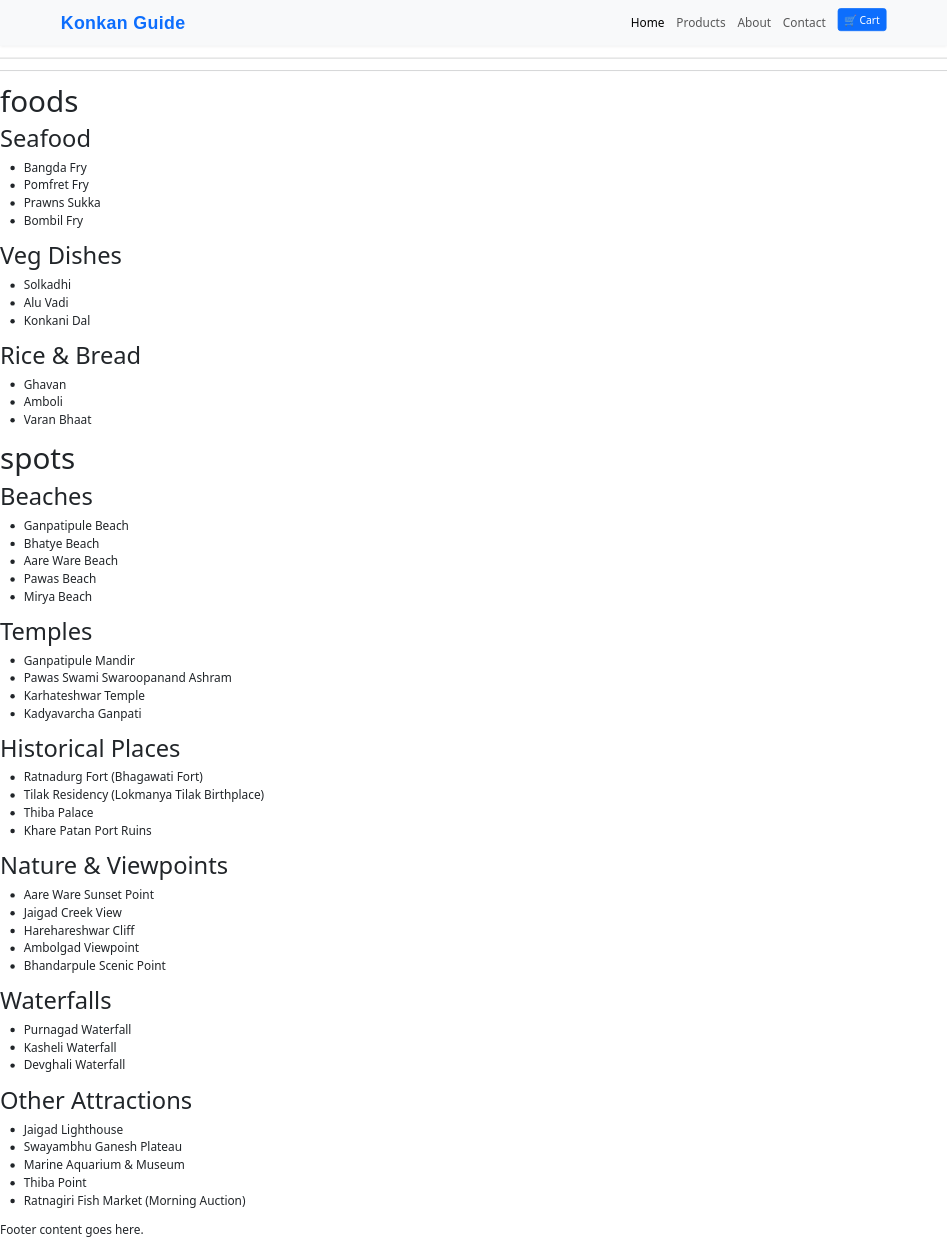
Repository: Indranil-sawant/konkan
Page: http://localhost/
The author's editor kept a copy of each file at every save. The page is drawn from the files as they stood at one save, then again after the next save.
The browser window is 1280 px wide. The pictures show the whole page, at 74% of full size.
The page is served by the project's application, run on Django 5.2 (manage.py). Other server files are loaded and not shown.

Above is the page before, as saved 2025-11-13 14:00:45.

### food/templates/food/index.html
{% extends "base.html" %}


<!DOCTYPE html>
<!--[if lt IE 7]>      <html class="no-js lt-ie9 lt-ie8 lt-ie7"> <![endif]-->
<!--[if IE 7]>         <html class="no-js lt-ie9 lt-ie8"> <![endif]-->
<!--[if IE 8]>         <html class="no-js lt-ie9"> <![endif]-->
<!--[if gt IE 8]>      <html class="no-js"> <!--<![endif]-->
<html>
    <head>
        <meta charset="utf-8">
        <meta http-equiv="X-UA-Compatible" content="IE=edge">
        <title>index </title>
        <meta name="description" content="">
        <meta name="viewport" content="width=device-width, initial-scale=1">
        <link rel="stylesheet" href="">
    </head>
    <body>

{% block content %}
         <h1>foods</h1>
         {% for category, items in foods.items %}
        <h2>{{ category }}</h2>
        <ul>
            {% for item in items %}
                <li>{{ item }}</li>
            {% endfor %}
        </ul>
    {% endfor %}
    <h1>spots</h1>
    {% for category1, items1 in spots.items %}
        <h2>{{ category1 }}</h2>
        <ul>
            {% for item in items1 %}
                <li>{{ item }}</li>
            {% endfor %}
        </ul>
    {% endfor %}

{% endblock content %}



        <script src="" async defer></script>
    </body>
</html>

### templates/base.html
<!DOCTYPE html>
<!--[if lt IE 7]>      <html class="no-js lt-ie9 lt-ie8 lt-ie7"> <![endif]-->
<!--[if IE 7]>         <html class="no-js lt-ie9 lt-ie8"> <![endif]-->
<!--[if IE 8]>         <html class="no-js lt-ie9"> <![endif]-->
<!--[if gt IE 8]>      <html class="no-js"> <!--<![endif]-->
<html>
    <head>
        <meta charset="utf-8">
        <meta http-equiv="X-UA-Compatible" content="IE=edge">
        <title></title>
        <meta name="description" content="">
        <meta name="viewport" content="width=device-width, initial-scale=1">
        <link rel="stylesheet" href="">
    </head>
    <body>
       {% include "navbar.html" %}

        {% block content %}

       {% endblock content %}

    </body>


    <footer>
        <p>Footer content goes here.</p>
    </footer>
</html>

### templates/navbar.html
<link href="https://cdn.jsdelivr.net/npm/bootstrap@5.3.3/dist/css/bootstrap.min.css" rel="stylesheet">
<script src="https://cdn.jsdelivr.net/npm/bootstrap@5.3.3/dist/js/bootstrap.bundle.min.js"></script>


<!-- Navbar Start -->
<!-- Navbar Start -->
<nav class="navbar navbar-expand-lg navbar-light bg-light shadow-sm">
  <div class="container">
    <!-- Brand -->
    <a class="navbar-brand fw-bold text-primary" href="#">
      Konkan Guide
    </a>

    <!-- Mobile toggle -->
    <button class="navbar-toggler" type="button" data-bs-toggle="collapse" data-bs-target="#navbarNav"
      aria-controls="navbarNav" aria-expanded="false" aria-label="Toggle navigation">
      <span class="navbar-toggler-icon"></span>
    </button>

    <!-- Nav links -->
    <div class="collapse navbar-collapse justify-content-end" id="navbarNav">
      <ul class="navbar-nav mb-2 mb-lg-0">
        <li class="nav-item">
          <a class="nav-link active" href="#">Home</a>
        </li>
        <li class="nav-item">
          <a class="nav-link" href="#">Products</a>
        </li>
        <li class="nav-item">
          <a class="nav-link" href="#">About</a>
        </li>
        <li class="nav-item">
          <a class="nav-link" href="#">Contact</a>
        </li>
        <li class="nav-item">
          <a class="btn btn-primary btn-sm ms-2" href="#">🛒 Cart</a>
        </li>
      </ul>
    </div>
  </div>
</nav>
<!-- Navbar End -->

<!-- Navbar End -->
<hr>
<hr>

<style>
    .navbar-brand {
  font-family: 'Poppins', sans-serif;
  font-size: 1.5rem;
  letter-spacing: 0.5px;
}

.nav-link {
  font-weight: 500;
  transition: color 0.3s;
}

.nav-link:hover,
.nav-link.active {
  color: #007bff;
}
</style>

### food/views.py
from django.shortcuts import render
from django.http import HttpResponse
# Create your views here.


def home(request):
    foods = {
        "Seafood": [
            "Bangda Fry",
            "Pomfret Fry",
            "Prawns Sukka",
            "Bombil Fry",
        ],
        "Veg Dishes": [
            "Solkadhi",
            "Alu Vadi",
            "Konkani Dal",
        ],
        "Rice & Bread": [
            "Ghavan",
            "Amboli",
            "Varan Bhaat",
        ],
    }

    spots = {
    "Beaches": [
        "Ganpatipule Beach",
        "Bhatye Beach",
        "Aare Ware Beach",
        "Pawas Beach",
        "Mirya Beach"
    ],

    "Temples": [
        "Ganpatipule Mandir",
        "Pawas Swami Swaroopanand Ashram",
        "Karhateshwar Temple",
        "Kadyavarcha Ganpati"
    ],

    "Historical Places": [
        "Ratnadurg Fort (Bhagawati Fort)",
        "Tilak Residency (Lokmanya Tilak Birthplace)",
        "Thiba Palace",
        "Khare Patan Port Ruins"
    ],

    "Nature & Viewpoints": [
        "Aare Ware Sunset Point",
        "Jaigad Creek View",
        "Harehareshwar Cliff",
        "Ambolgad Viewpoint",
        "Bhandarpule Scenic Point"
    ],

    "Waterfalls": [
        "Purnagad Waterfall",
        "Kasheli Waterfall",
        "Devghali Waterfall"
    ],

    "Other Attractions": [
        "Jaigad Lighthouse",
        "Swayambhu Ganesh Plateau",
        "Marine Aquarium & Museum",
        "Thiba Point",
        "Ratnagiri Fish Market (Morning Auction)"
    ]
}

    context = {
        'foods': foods,
        'spots': spots
    }
    return render(request, 'food/index.html', context)

def home2(request, pk):
    return render(request, 'food/about.html',)

### konkan_guide/urls.py
"""
URL configuration for konkan_guide project.

The `urlpatterns` list routes URLs to views. For more information please see:
    https://docs.djangoproject.com/en/5.2/topics/http/urls/
Examples:
Function views
    1. Add an import:  from my_app import views
    2. Add a URL to urlpatterns:  path('', views.home, name='home')
Class-based views
    1. Add an import:  from other_app.views import Home
    2. Add a URL to urlpatterns:  path('', Home.as_view(), name='home')
Including another URLconf
    1. Import the include() function: from django.urls import include, path
    2. Add a URL to urlpatterns:  path('blog/', include('blog.urls'))
"""
from django.contrib import admin
from django.urls import path , include
from food.views import home , home2
urlpatterns = [
    path('admin/', admin.site.urls),
    path('', include('food.urls')),
]

### food/urls.py
from django.urls import path
from . import views
urlpatterns = [
    path('', views.home, name='home'),
    path('second/<str:pk>/', views.home2, name='home2'),
]

After the next save:
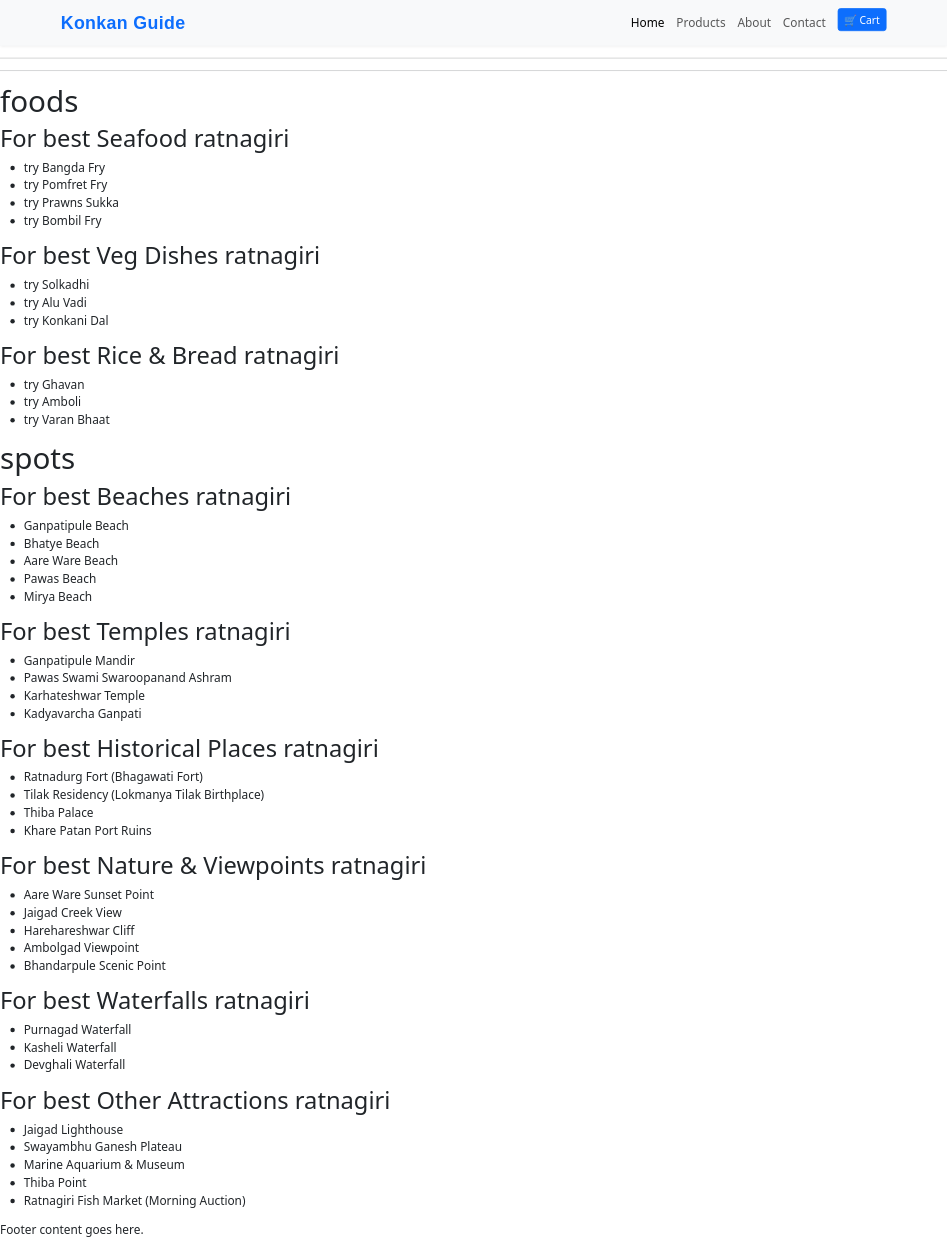
Saved 53 s later.
--- a/food/templates/food/index.html
+++ b/food/templates/food/index.html
@@ -20,16 +20,16 @@
 {% block content %}
          <h1>foods</h1>
          {% for category, items in foods.items %}
-        <h2>{{ category }}</h2>
+        <h2> For best {{ category }} ratnagiri</h2>
         <ul>
             {% for item in items %}
-                <li>{{ item }}</li>
+                <li> try {{ item }}</li>
             {% endfor %}
         </ul>
     {% endfor %}
     <h1>spots</h1>
     {% for category1, items1 in spots.items %}
-        <h2>{{ category1 }}</h2>
+        <h2> For best {{ category1 }} ratnagiri</h2>
         <ul>
             {% for item in items1 %}
                 <li>{{ item }}</li>
